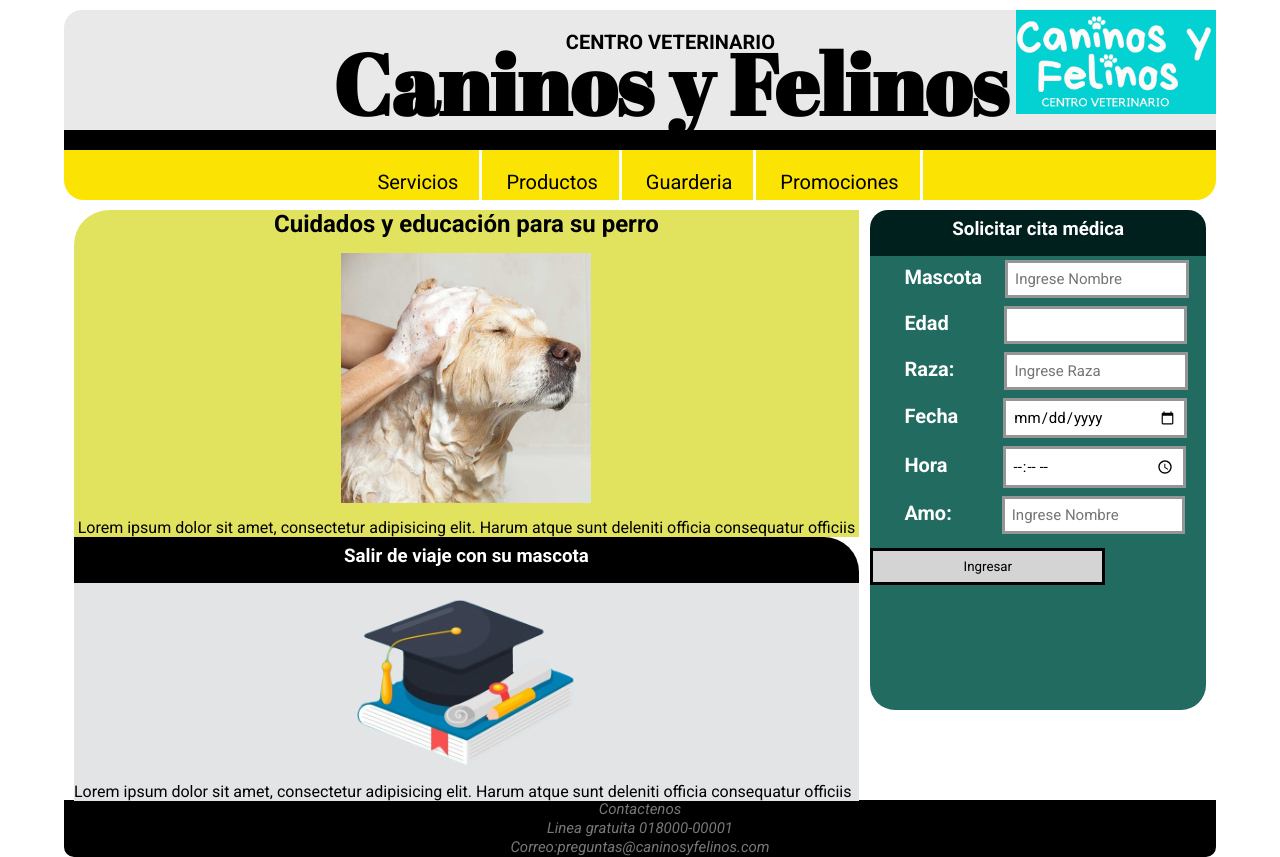
Repository: NickArregoces/Veterinaria
Page: Index.html
An editor plug-in stored every save of this project. The page is shown before and after the next save, followed by the edit.
The browser window is 1280 px wide. The pictures show the whole page.

Above is the page before, as saved 2021-10-05 16:50:55.

After the next save:
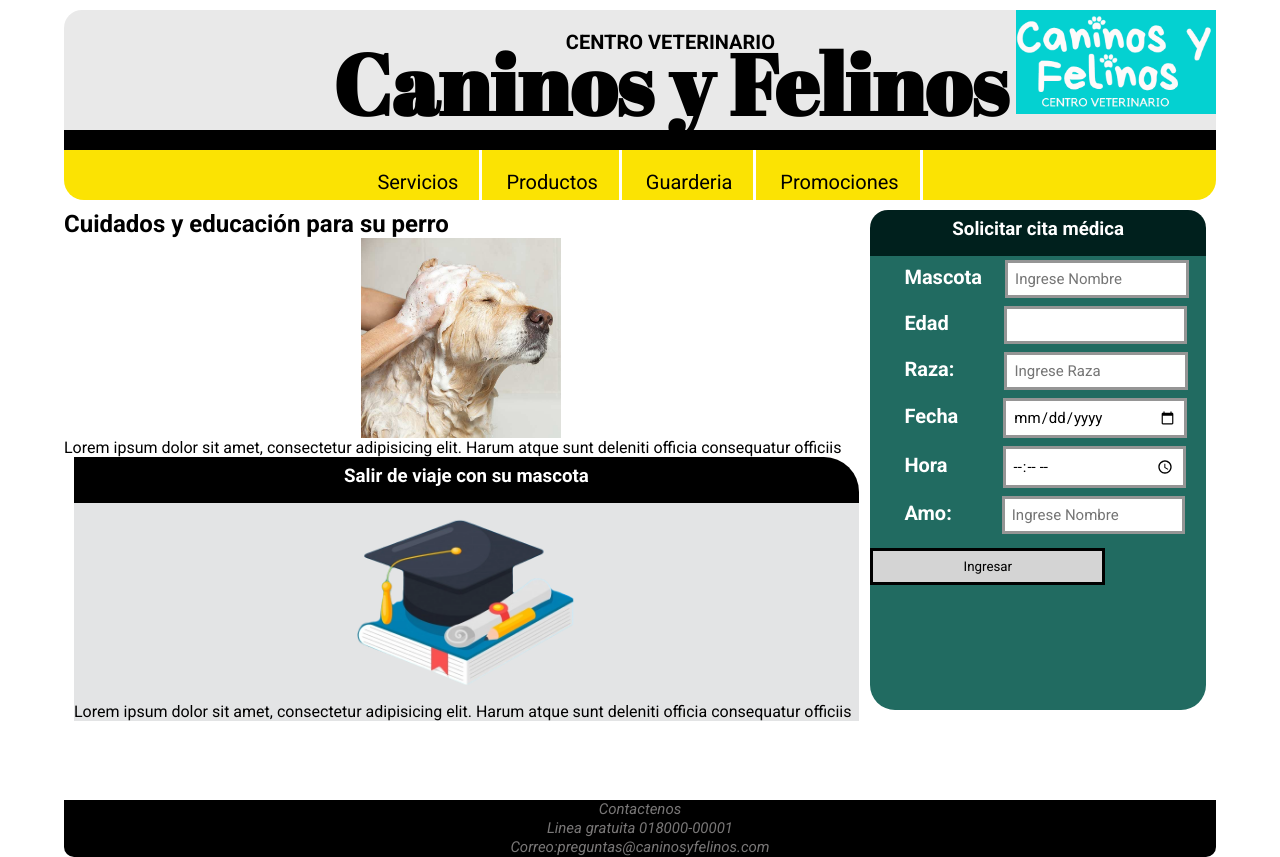
Saved 19 s later.
--- a/Index.html
+++ b/Index.html
@@ -74,7 +74,7 @@
 
             <div id="Cuadros">
                 <aside>
-                    <div class="solicita">
+                    <div class="Cuidados">
                         <h2 style="color: rgb(0, 0, 0);">Cuidados y educación para su perro</h2>
 
                         <div id="Prueba">
